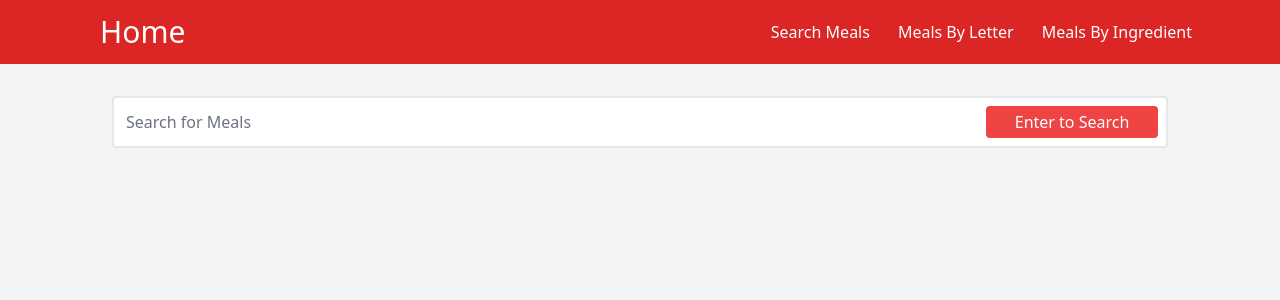
Repository: HalemX/meals
Page: /by-name
An editor plug-in stored every save of this project. The page is shown before and after the next save, followed by the edit.
The browser window is 1280 px wide. The pictures show the whole page.
The project was rebuilt for these pictures with package versions that can differ from the ones it lists, and the page was loaded fresh each time. Also part of the build but not shown: vite.config.js, src/pages/home/Home.vue, src/components/layout/GuestLayout.vue, src/components/ui/BaseButtons.vue, src/pages/meals/MealsByIngredient.vue, src/pages/meals/MealsByLetters.vue, src/components/meals_components/MealDetails.vue, src/pages/meals/AllIngredients.vue.

Above is the page before, as saved 2024-02-12 16:29:58.

After the next save:
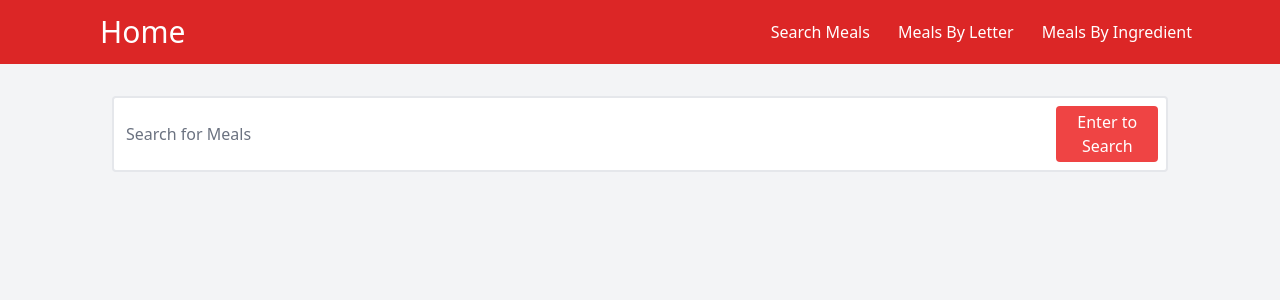
Saved 39 s later.
--- a/src/pages/meals/MealsByName.vue
+++ b/src/pages/meals/MealsByName.vue
@@ -13,7 +13,7 @@
         />
         <button
           @click="searchMealsByName"
-          class="sm:w-[30%] md:w-[20%] sm:mb-2 mx-2 transition ease-in-out delay-150 sm:mt-2 border-[#ef4444] bg-[#ef4444] hover:scale-105 hover:bg-[#f87171] duration-300 text-white py-1 rounded"
+          class="sm:mb-2 mx-2 transition ease-in-out delay-150 sm:mt-2 border-[#ef4444] bg-[#ef4444] hover:scale-105 hover:bg-[#f87171] duration-300 text-white py-1 rounded"
         >
           Enter to Search
         </button>

After the save that followed:
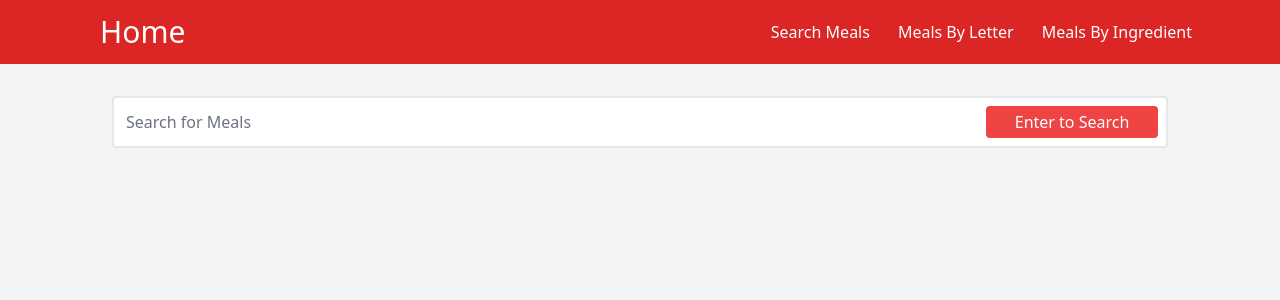
Saved 7 s later.
--- a/src/pages/meals/MealsByName.vue
+++ b/src/pages/meals/MealsByName.vue
@@ -13,7 +13,7 @@
         />
         <button
           @click="searchMealsByName"
-          class="sm:mb-2 mx-2 transition ease-in-out delay-150 sm:mt-2 border-[#ef4444] bg-[#ef4444] hover:scale-105 hover:bg-[#f87171] duration-300 text-white py-1 rounded"
+          class="sm:w-[30%] md:w-[20%] sm:mb-2 mx-2 transition ease-in-out delay-150 sm:mt-2 border-[#ef4444] bg-[#ef4444] hover:scale-105 hover:bg-[#f87171] duration-300 text-white py-1 rounded"
         >
           Enter to Search
         </button>
